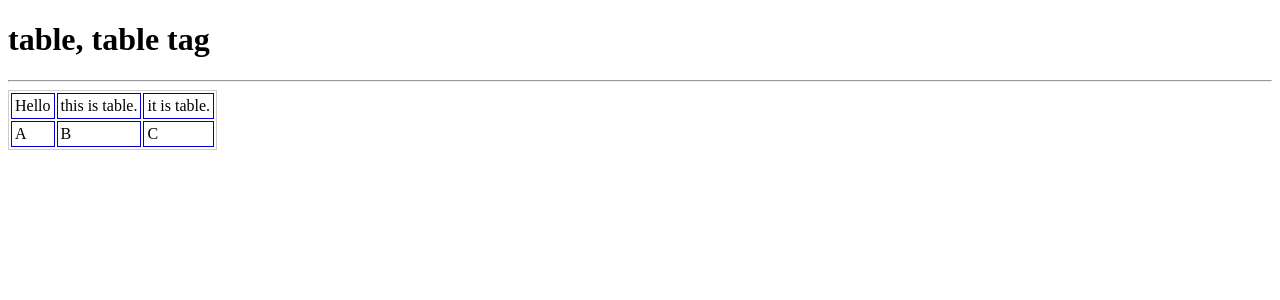
Repository: jihoonys82/weblec
Page: Front/WebContent/Ex01_HTML_tag/tagEx_05.html
An editor plug-in stored every save of this project. The page is shown before and after the next save, followed by the edit.
The browser window is 1280 px wide. The pictures show the whole page.

Above is the page before, as saved 2018-07-23 11:13:54.

After the next save:
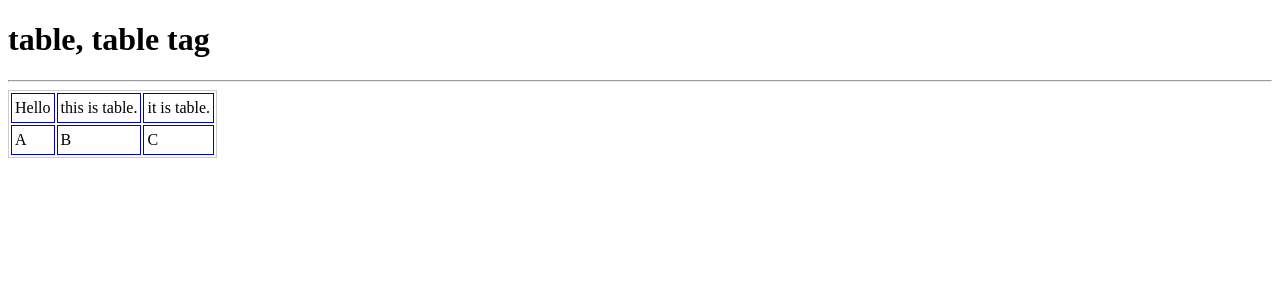
Saved 15 s later.
--- a/Front/WebContent/Ex01_HTML_tag/tagEx_05.html
+++ b/Front/WebContent/Ex01_HTML_tag/tagEx_05.html
@@ -12,7 +12,7 @@ table { /* Table outside square */
 
 td { /* each table data cell */
 	border: 1px solid #00C;
-	padding : 3px;
+	padding : 5px 3px;
  }
 
 </style>
